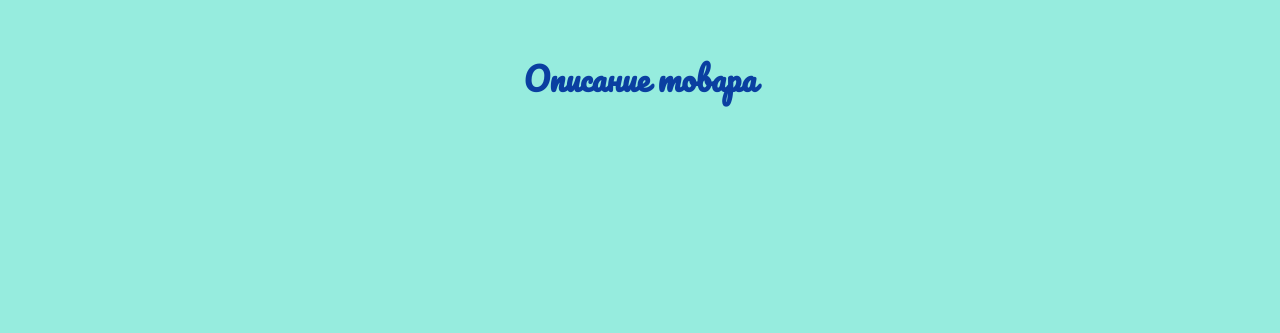
Repository: annamsklv/web
Page: seminar2_26.01/product page.html
The author's editor kept a copy of each file at every save. The page is drawn from the files as they stood at one save, then again after a run of saves.
The browser window is 1280 px wide. The pictures show the whole page.

Above is the page before, as saved 2023-02-01 20:04:54.

After the next 2 saves:
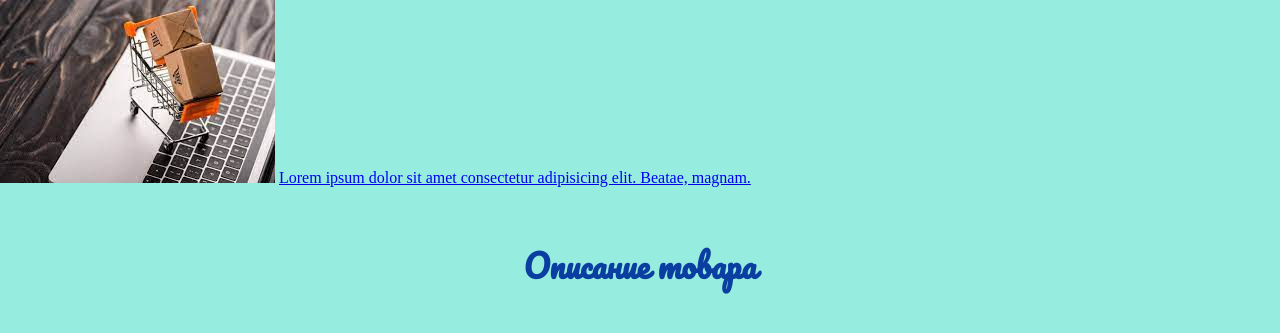
The 2 saves are shown as one change because they came seconds apart.
The last was saved 6 s later.
--- a/seminar2_26.01/product page.html
+++ b/seminar2_26.01/product page.html
@@ -4,6 +4,10 @@
     <meta charset="UTF-8">
     <meta http-equiv="X-UA-Compatible" content="IE-edge">
     <meta name="viewport" content="width=device-width, initial-scale=1.0">
+    <div class="item">
+        <img class="item-pic" src="img/product.jpeg" alt="product">
+        <a class="item-link" href="test3.html">Lorem ipsum dolor sit amet consectetur adipisicing elit. Beatae, magnam.</a>
+    </div>
     <title>Продукт</title>
     <link rel="preconnect" href="https://fonts.googleapis.com">
 <link rel="preconnect" href="https://fonts.gstatic.com" crossorigin>
